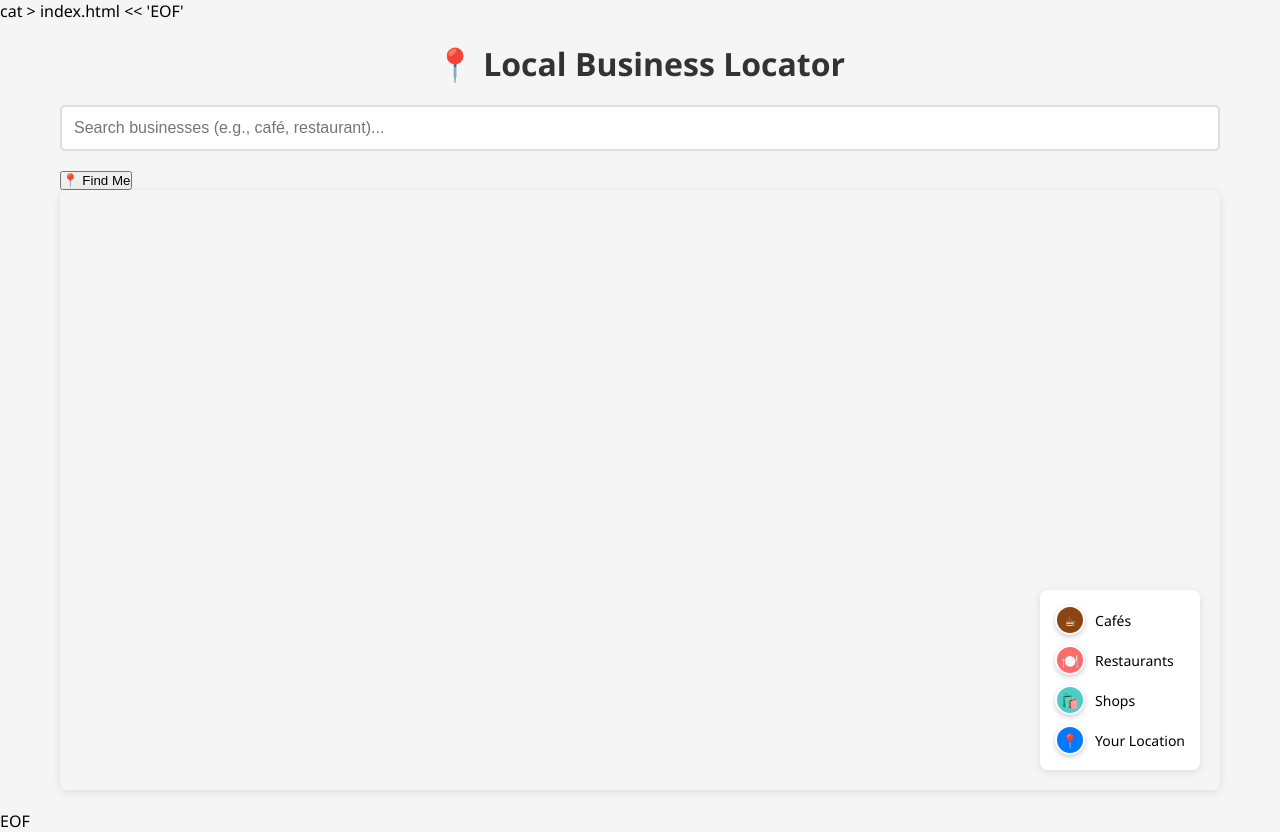
Repository: berkebzt/business-locator-pro
Page: index.html
These files come from the project's save history. The page is drawn as it stood at one moment and after a run of saves; the edit follows.
The browser window is 1280 px wide. The pictures show the whole page.

Above is the page before, as saved 2025-10-19 20:22:11.
Console error: ReferenceError: cat is not defined

### index.html
cat > index.html << 'EOF'
<!DOCTYPE html>
<html lang="en">
<head>
  <meta charset="UTF-8">
  <meta name="viewport" content="width=device-width, initial-scale=1.0">
  <title>Business Locator</title>
  <link rel="stylesheet" href="https://unpkg.com/leaflet@1.9.4/dist/leaflet.css" />
  <link rel="stylesheet" href="style.css">
</head>
<body>
  <div class="container">
    <h1>📍 Local Business Locator</h1>
    <div class="search-bar">
      <input type="text" id="searchBox" placeholder="Search businesses (e.g., café, restaurant)...">
      <button id="locateBtn">📍 Find Me</button>
    </div>
    <div id="map">
      <div class="legend">
        <div class="legend-item">
          <div class="legend-color" style="background-color: #8B4513;">☕</div>
          <span>Cafés</span>
        </div>
        <div class="legend-item">
          <div class="legend-color" style="background-color: #FF6B6B;">🍽️</div>
          <span>Restaurants</span>
        </div>
        <div class="legend-item">
          <div class="legend-color" style="background-color: #4ECDC4;">🛍️</div>
          <span>Shops</span>
        </div>
        <div class="legend-item">
          <div class="legend-color" style="background-color: #007bff;">📍</div>
          <span>Your Location</span>
        </div>
      </div>
    </div>
  </div>

  <script src="https://unpkg.com/leaflet@1.9.4/dist/leaflet.js"></script>
  <script src="app.js"></script>
</body>
</html>
EOF

### style.css
* {
  margin: 0;
  padding: 0;
  box-sizing: border-box;
}

body {
  font-family: 'Segoe UI', Tahoma, Geneva, Verdana, sans-serif;
  background: #f5f5f5;
}

.container {
  max-width: 1200px;
  margin: 0 auto;
  padding: 20px;
}

h1 {
  text-align: center;
  margin-bottom: 20px;
  color: #333;
}

#searchBox {
  width: 100%;
  padding: 12px;
  margin-bottom: 20px;
  border: 2px solid #ddd;
  border-radius: 5px;
  font-size: 16px;
}

#searchBox:focus {
  outline: none;
  border-color: #007bff;
}

#map {
  height: 600px;
  border-radius: 8px;
  box-shadow: 0 2px 10px rgba(0,0,0,0.1);
  position: relative;
}

/* Legend styles */
.legend {
  background: white;
  padding: 15px;
  border-radius: 8px;
  box-shadow: 0 2px 10px rgba(0,0,0,0.1);
  font-size: 14px;
  position: absolute;
  bottom: 20px;
  right: 20px;
  z-index: 1000;
}

.legend-item {
  display: flex;
  align-items: center;
  margin-bottom: 10px;
}

.legend-item:last-child {
  margin-bottom: 0;
}

.legend-color {
  width: 30px;
  height: 30px;
  border-radius: 50%;
  margin-right: 10px;
  display: flex;
  align-items: center;
  justify-content: center;
  color: white;
  font-size: 14px;
  border: 2px solid white;
  box-shadow: 0 2px 5px rgba(0,0,0,0.2);
}

### app.js
cat > app.js << 'EOF'
// Initialize map
const map = L.map('map').setView([51.505, -0.09], 13);

// Add OpenStreetMap tiles
L.tileLayer('https://{s}.tile.openstreetmap.org/{z}/{x}/{y}.png', {
  attribution: '© OpenStreetMap contributors',
  maxZoom: 19
}).addTo(map);

// Sample business data
const businesses = [
  { name: 'Coffee Shop A', lat: 51.5, lng: -0.09, type: 'café' },
  { name: 'Pizza Place B', lat: 51.51, lng: -0.1, type: 'restaurant' },
  { name: 'Bookstore C', lat: 51.49, lng: -0.08, type: 'shop' },
  { name: 'Thai Restaurant', lat: 51.505, lng: -0.08, type: 'restaurant' },
  { name: 'Bakery D', lat: 51.495, lng: -0.095, type: 'café' }
];

// User location
let userLocation = null;

// Create custom icons for different types
const iconConfig = {
  'café': {
    color: '#8B4513',
    emoji: '☕'
  },
  'restaurant': {
    color: '#FF6B6B',
    emoji: '🍽️'
  },
  'shop': {
    color: '#4ECDC4',
    emoji: '🛍️'
  }
};

// Function to create custom icons
function getIcon(type) {
  const config = iconConfig[type] || { color: '#3388ff', emoji: '📍' };

  return L.divIcon({
    html: `<div style="background-color: ${config.color}; width: 40px; height: 40px; border-radius: 50%; display: flex; align-items: center; justify-content: center; color: white; font-size: 20px; border: 3px solid white; box-shadow: 0 2px 5px rgba(0,0,0,0.3);">${config.emoji}</div>`,
    iconSize: [40, 40],
    className: 'custom-icon'
  });
}

// Function to calculate distance (km)
function calculateDistance(lat1, lng1, lat2, lng2) {
  const R = 6371;
  const dLat = (lat2 - lat1) * Math.PI / 180;
  const dLng = (lng2 - lng1) * Math.PI / 180;
  const a = Math.sin(dLat/2) * Math.sin(dLat/2) +
            Math.cos(lat1 * Math.PI / 180) * Math.cos(lat2 * Math.PI / 180) *
            Math.sin(dLng/2) * Math.sin(dLng/2);
  const c = 2 * Math.atan2(Math.sqrt(a), Math.sqrt(1-a));
  return (R * c).toFixed(2);
}

// Create marker layer group
let markerGroup = L.layerGroup().addTo(map);
let userMarker = null;

// Function to display markers with distance
function displayMarkers(data) {
  markerGroup.clearLayers();

  data.forEach(business => {
    let popupText = `<b>${business.name}</b><br><span style="color: #666;">${business.type}</span>`;

    // Add distance if user location is available
    if (userLocation) {
      const distance = calculateDistance(userLocation.lat, userLocation.lng, business.lat, business.lng);
      popupText += `<br><span style="color: #007bff;"><strong>${distance} km away</strong></span>`;
    }

    const marker = L.marker([business.lat, business.lng], {
      icon: getIcon(business.type)
    })
      .bindPopup(popupText);
    markerGroup.addLayer(marker);
  });
}

// Display all businesses on load
displayMarkers(businesses);

// Get user's location
function getUserLocation() {
  if (navigator.geolocation) {
    navigator.geolocation.getCurrentPosition(
      (position) => {
        const lat = position.coords.latitude;
        const lng = position.coords.longitude;

        userLocation = { lat, lng };

        // Center map on user
        map.setView([lat, lng], 15);

        // Add user marker
        if (userMarker) map.removeLayer(userMarker);
        userMarker = L.circleMarker([lat, lng], {
          radius: 8,
          fillColor: '#007bff',
          color: '#fff',
          weight: 2,
          opacity: 1,
          fillOpacity: 0.8
        })
        .bindPopup('📍 Your Location')
        .addTo(map);

        // Refresh markers to show distances
        displayMarkers(businesses);
      },
      (error) => {
        console.log('Geolocation error:', error.message);
        alert('Unable to get your location. Using default location.');
      }
    );
  } else {
    alert('Geolocation is not supported by your browser.');
  }
}

// Get user location on page load
getUserLocation();

// Search functionality
document.getElementById('searchBox').addEventListener('keyup', (e) => {
  const query = e.target.value.toLowerCase();

  if (query === '') {
    displayMarkers(businesses);
  } else {
    const filtered = businesses.filter(b =>
      b.name.toLowerCase().includes(query) ||
      b.type.toLowerCase().includes(query)
    );
    displayMarkers(filtered);
  }
});
EOF

After the next 2 saves:
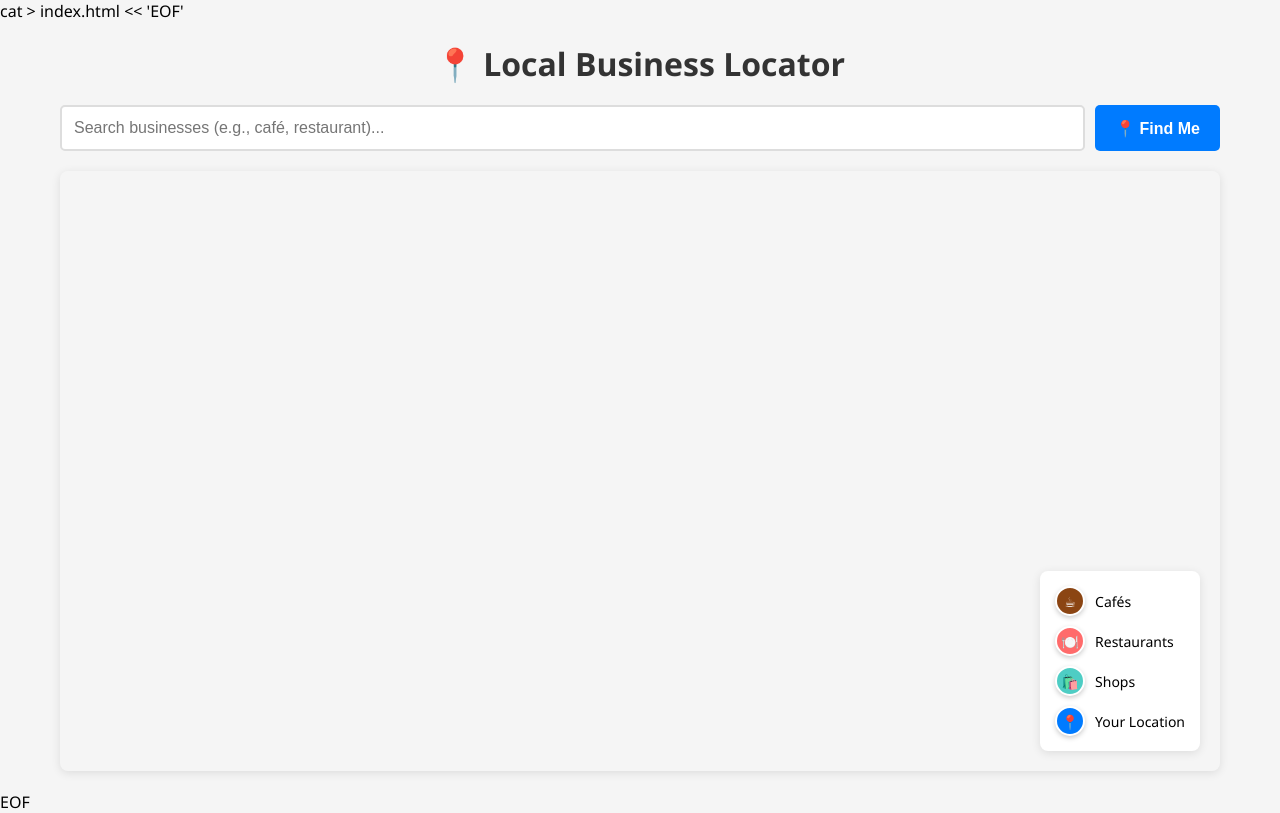
The 2 saves are shown as one change because they came seconds apart.
The last was saved 24 s later.
--- a/style.css
+++ b/style.css
@@ -21,10 +21,15 @@ h1 {
   color: #333;
 }
 
+.search-bar {
+  display: flex;
+  gap: 10px;
+  margin-bottom: 20px;
+}
+
 #searchBox {
-  width: 100%;
+  flex: 1;
   padding: 12px;
-  margin-bottom: 20px;
   border: 2px solid #ddd;
   border-radius: 5px;
   font-size: 16px;
@@ -33,6 +38,22 @@ h1 {
 #searchBox:focus {
   outline: none;
   border-color: #007bff;
+}
+
+#locateBtn {
+  padding: 12px 20px;
+  background-color: #007bff;
+  color: white;
+  border: none;
+  border-radius: 5px;
+  cursor: pointer;
+  font-size: 16px;
+  font-weight: bold;
+  transition: background-color 0.3s;
+}
+
+#locateBtn:hover {
+  background-color: #0056b3;
 }
 
 #map {
